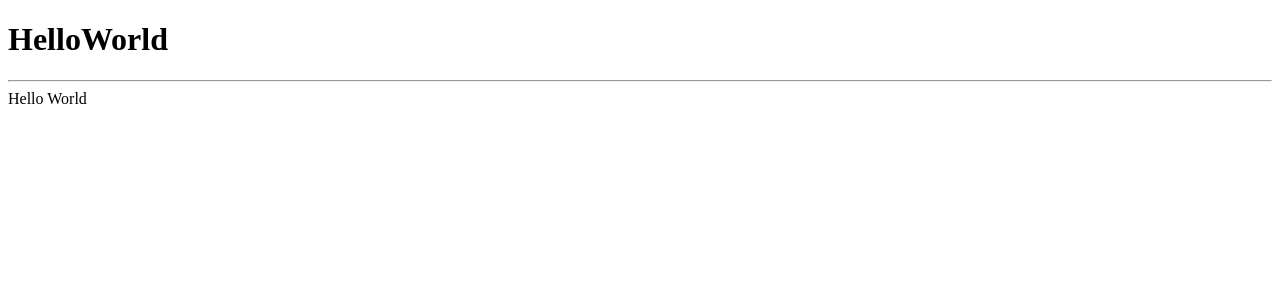
Repository: 13982720426/vue2.0-LearningNotes
Page: example/extends.html
These files come from the project's save history. The page is drawn as it stood at one moment and after the next save; the edit follows.
The browser window is 1280 px wide. The pictures show the whole page.

Above is the page before, as saved 2021-06-25 22:38:45.

### example/extends.html
<!DOCTYPE html>
<html lang="en">
  <head>
    <meta charset="UTF-8" />
    <meta http-equiv="X-UA-Compatible" content="IE=edge" />
    <meta name="viewport" content="width=device-width, initial-scale=1.0" />
    <title>HelloWord</title>
    <script type="text/javascript" src="../assets/js/vue.js"></script>
  </head>
  <body>
    <h1>HelloWorld</h1>
    <hr />
    <div id="app">{{message}}</div>
    <script type="text/javascript">
      var app = new Vue({
        el: '#app',
        data: {
          message: 'Hello World',
        },
      });
    </script>
  </body>
</html>

Loaded but not shown: assets/js/vue.js (library)

After the next save:
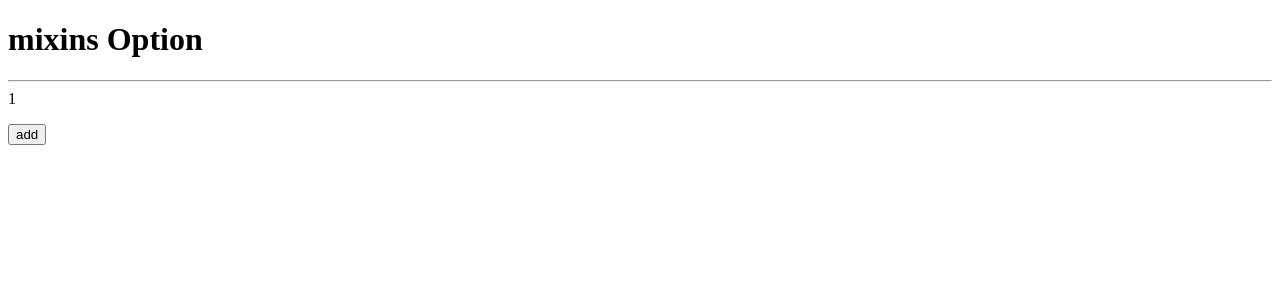
Saved 44 s later.
--- a/example/extends.html
+++ b/example/extends.html
@@ -4,18 +4,21 @@
     <meta charset="UTF-8" />
     <meta http-equiv="X-UA-Compatible" content="IE=edge" />
     <meta name="viewport" content="width=device-width, initial-scale=1.0" />
-    <title>HelloWord</title>
+    <title>mixins Option</title>
     <script type="text/javascript" src="../assets/js/vue.js"></script>
   </head>
   <body>
-    <h1>HelloWorld</h1>
+    <h1>mixins Option</h1>
     <hr />
-    <div id="app">{{message}}</div>
+    <div id="app">
+      {{num}}
+      <p><button @click="add">add</button></p>
+    </div>
     <script type="text/javascript">
       var app = new Vue({
         el: '#app',
         data: {
-          message: 'Hello World',
+          num: 1,
         },
       });
     </script>
